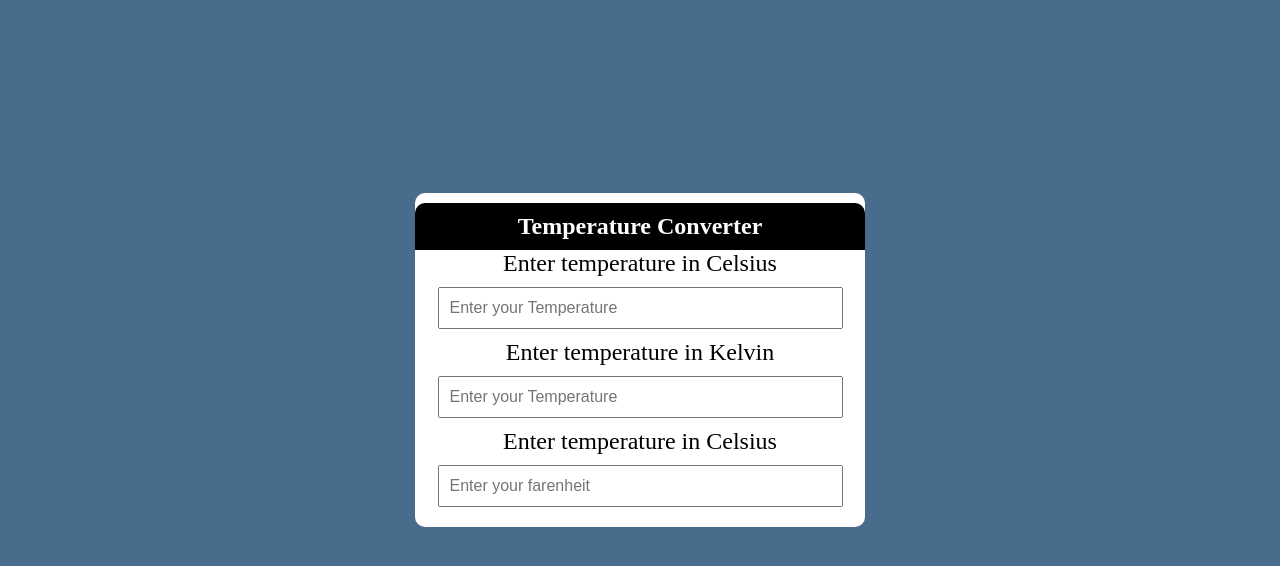
Repository: JunaidAnsari202/Temperature-Converter
Page: index.html
These files come from the project's save history. The page is drawn as it stood at one moment and after the next save; the edit follows.
The browser window is 1280 px wide. The pictures show the whole page.

Above is the page before, as saved 2024-10-16 13:41:35.
Not found: script,js

### index.html
<!DOCTYPE html>
<html lang="en">
<head>
    <meta charset="UTF-8">
    <meta name="viewport" content="width=device-width, initial-scale=1.0">
    <title>Temperatue converter</title>
    <link rel="stylesheet" href="style.css">
</head>
<body>
  <div class="container">
    <div class="header">
        <h2>Temperature Converter</h2>

  </div>
  <div class="input1">
    <label for="input1">  Enter temperature in Celsius </label>
    <input type="number" id="calsius" placeholder="Enter your Temperature">
  </div>
  <div class="input2">
    <label for="input2">  Enter temperature in Kelvin </label>
    <input type="number" id="kelvin" placeholder="Enter your Temperature">
  </div>
  <div class="input3">
    <label for="input3">  Enter temperature in Celsius </label>
    <input type="number" id="farenheit" placeholder="Enter your farenheit">
  </div>
</div>
    <script src="script,js"></script>
</body>
</html>

### style.css
*{
    margin: 0;
    padding: 0;
    box-sizing: border-box;
}

body{
    background-color: rgb(72, 108, 139);
    display: flex;
    justify-content: center;
    align-items: center;
    height: 100vh;
    flex-direction: column;

}

.container{
    width: 450px;
    background-color: rgb(255, 255, 255);
    border-radius: 10px;
    text-align: center;

}

.header{
    margin-top: 10px;
    background-color: black;
    color: white;
    font-size: 1rem;
    padding: 10px;
    border-radius: 10px 10px 0 0;

}

label{
    display: block;
    font-size: 1.5rem;
    margin-bottom: 10px;
}

input{
    width: 90%;
    padding: 10px;
    margin-bottom: 10px;
    font-size: 1rem;

}

.input3{
    margin-bottom: 10px;
}

After the next save:
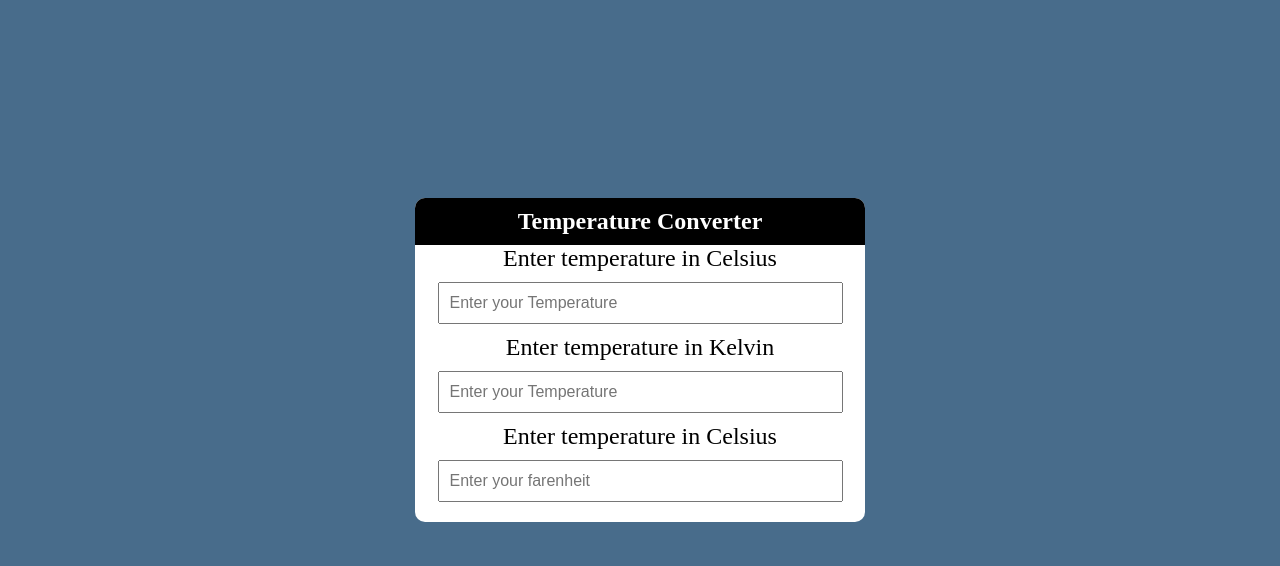
Saved 12 s later.
--- a/style.css
+++ b/style.css
@@ -23,7 +23,7 @@ body{
 }
 
 .header{
-    margin-top: 10px;
+    /* margin-top: 10px; */
     background-color: black;
     color: white;
     font-size: 1rem;
